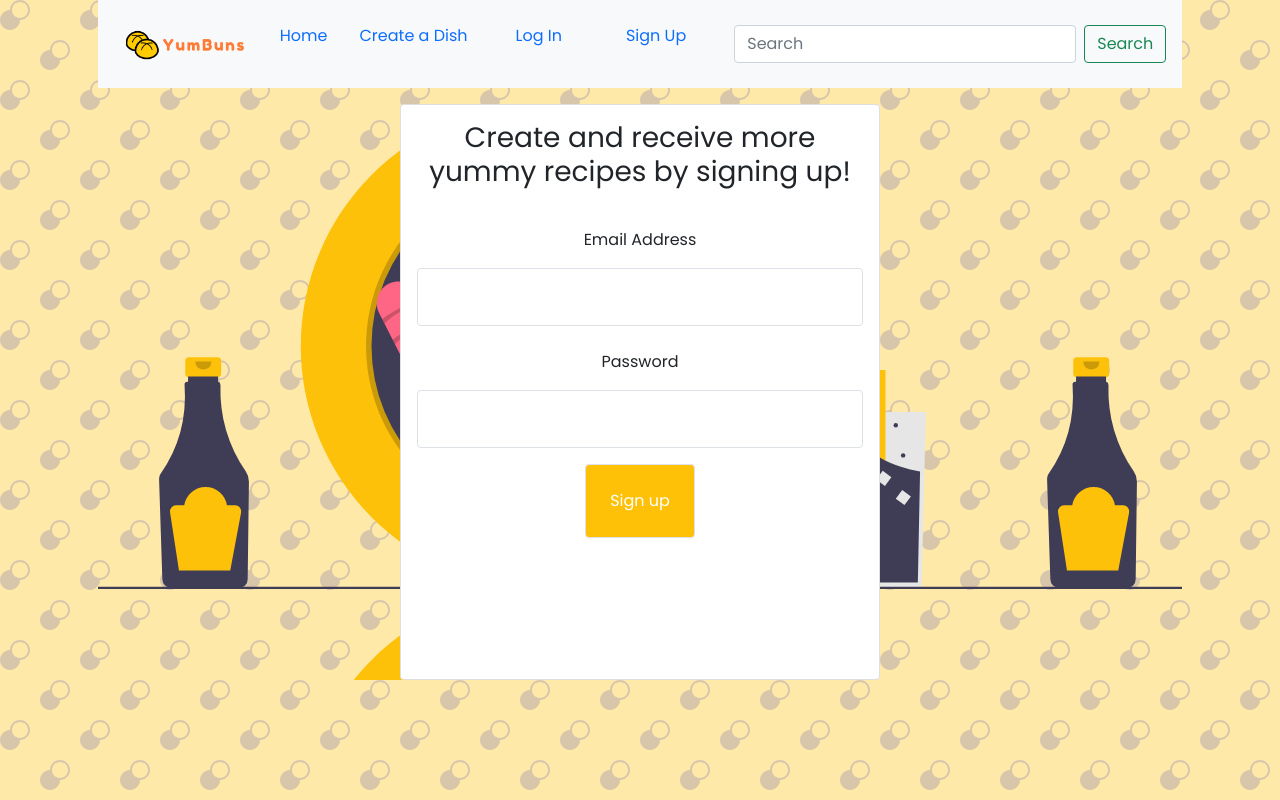
Repository: mottad14/yumBuns
Page: /signup (app in client/)
An editor plug-in stored every save of this project. The page is shown before and after the next save, followed by the edit.
The browser window is 1280 px wide. The pictures show the whole page.
Some web fonts or font styles are not loaded; a fallback is used. The project was rebuilt for these pictures with package versions that can differ from the ones it lists, and the page was loaded fresh each time. Also part of the build but not shown: client/src/components/RecipePreview.js, client/src/views/Main.js, client/src/views/Login.js, client/src/views/Create.js, client/src/views/Recipe.js, client/src/components/SubscribePop.css, client/src/components/SignUp.jsx, client/src/components/SubscribePop.js.

Above is the page before, as saved 2022-07-30 14:07:18.

After the next save:
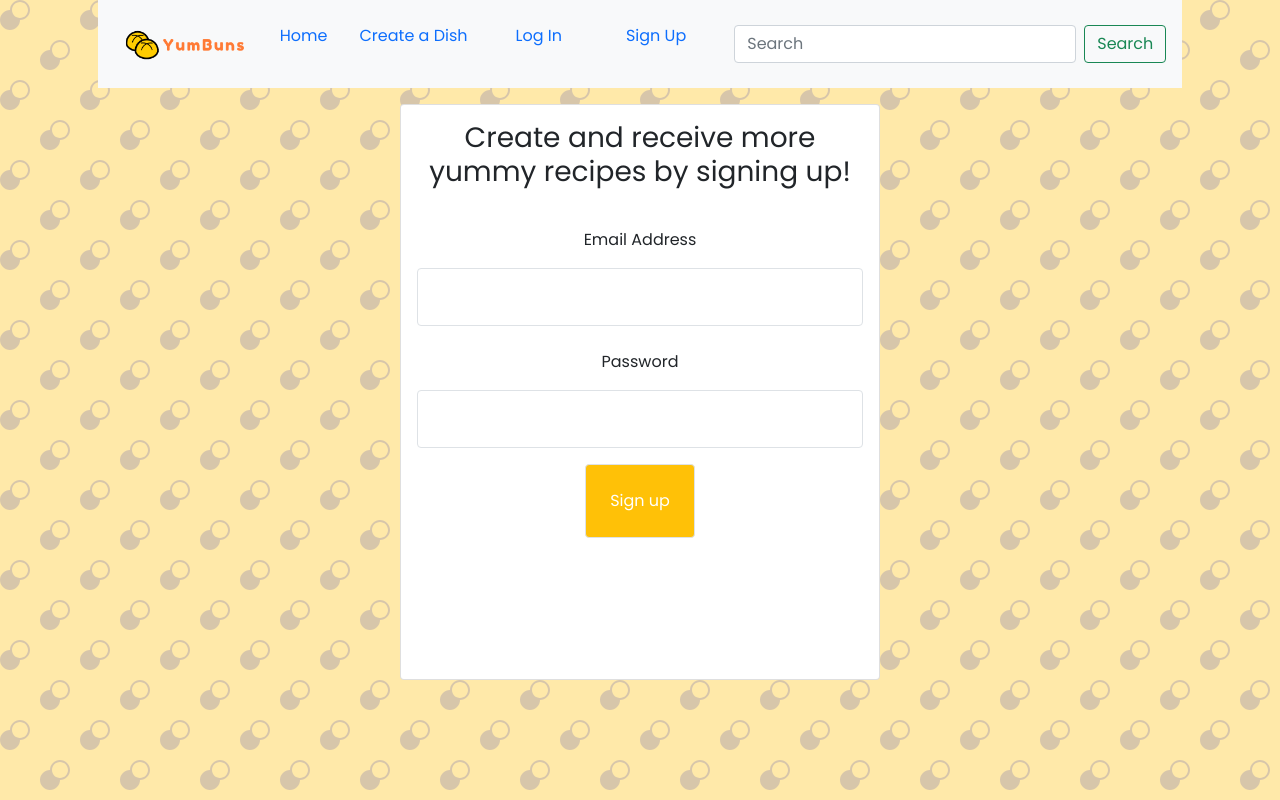
Saved 113 s later.
--- a/client/src/views/NewAccount.js
+++ b/client/src/views/NewAccount.js
@@ -26,7 +26,7 @@ const Signup = () => {
   }
 
   return (
-      <div style={{ backgroundImage: `url(${eating})` }}>
+
     <div style={{ display: 'flex',
         height: '80vh', justifyContent: "center"}}>
     <Card className="text-center" style={{ width: '30rem' }}>
@@ -52,7 +52,6 @@ const Signup = () => {
       </Card.Body>
     </Card>
     </div>
-    </div>
   )
 }
 
